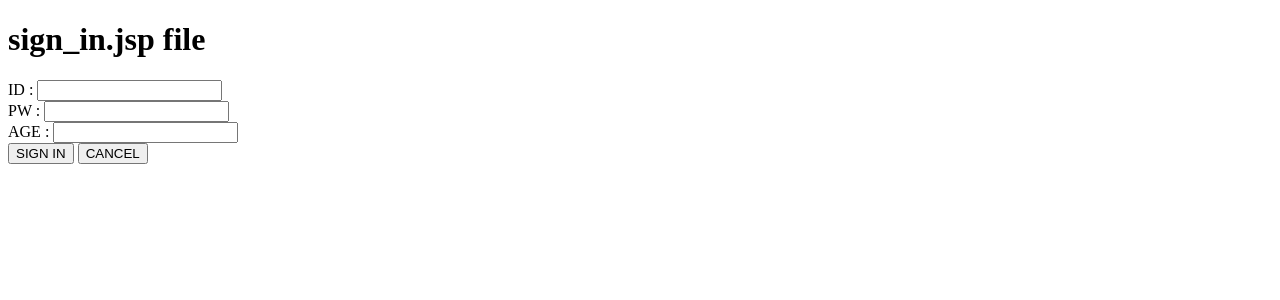
Repository: OhSeungMok/spring1
Page: http://localhost/ch08_pjt_01/signin
These files come from the project's save history. The page is drawn as it stood at one moment and after the next save; the edit follows.
The browser window is 1280 px wide. The pictures show the whole page.
The page is served by Tomcat 9.

Above is the page before, as saved 2024-05-24 13:14:33.

After the next save:
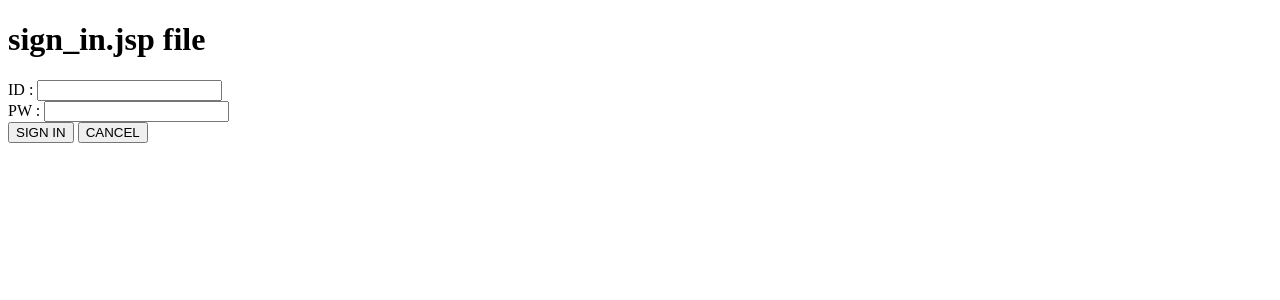
Saved 12 s later.
--- a/STSProject/ch08_pjt_01/src/main/webapp/WEB-INF/views/sign_in.jsp
+++ b/STSProject/ch08_pjt_01/src/main/webapp/WEB-INF/views/sign_in.jsp
@@ -11,7 +11,6 @@
 	<form action="/member/signInConfirm">
     	ID : <input type="text" name="m_id" ><br />
       	PW : <input type="password" name="m_pw" ><br />
-      	AGE : <input type="text" name="m_age"><br/>
       	<input type="submit" value="SIGN IN" >
       	<input type="reset" value="CANCEL" >
   	</form>
